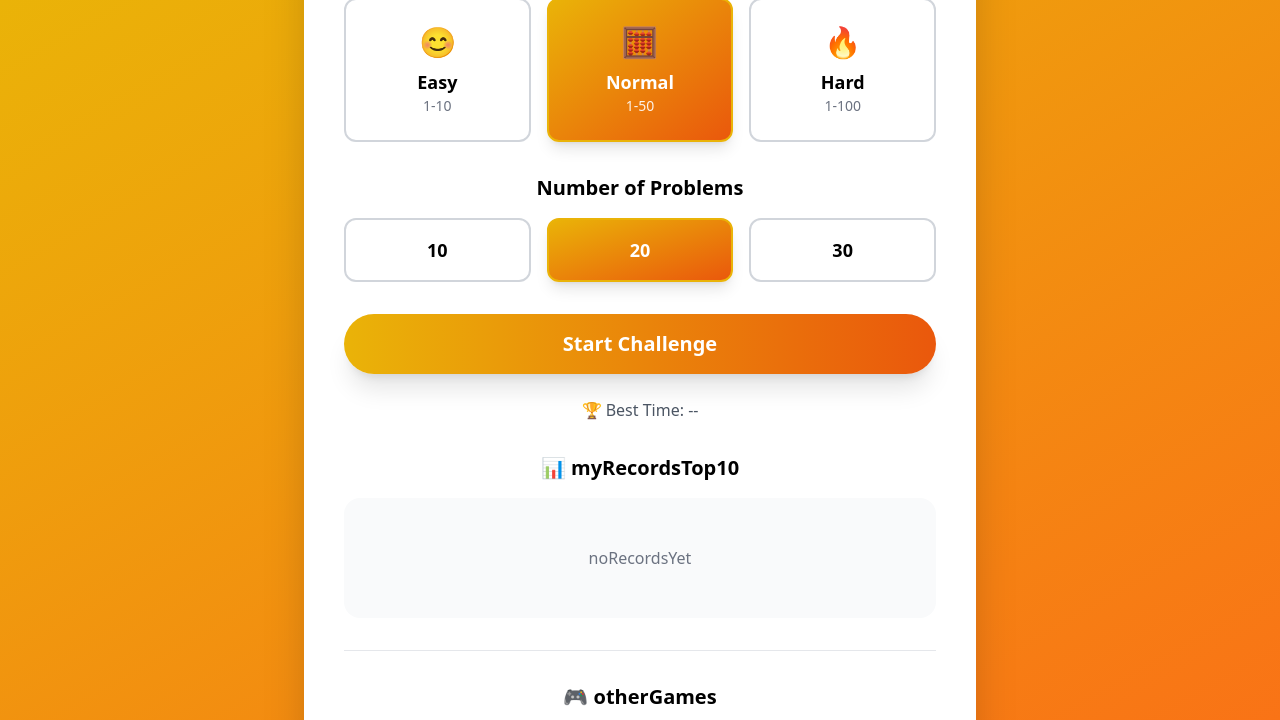
Repository: Lcmind/withjocoding
Page: math-challenge.html
The author's editor kept a copy of each file at every save. The page is drawn from the files as they stood at one save, then again after the next save.
The browser window is 1280 px wide. The pictures show the whole page.
An inner scrolling area shows only its first screen. Some web libraries are served in a nearby version.

Above is the page before, as saved 2026-01-13 21:11:42.

After the next save:
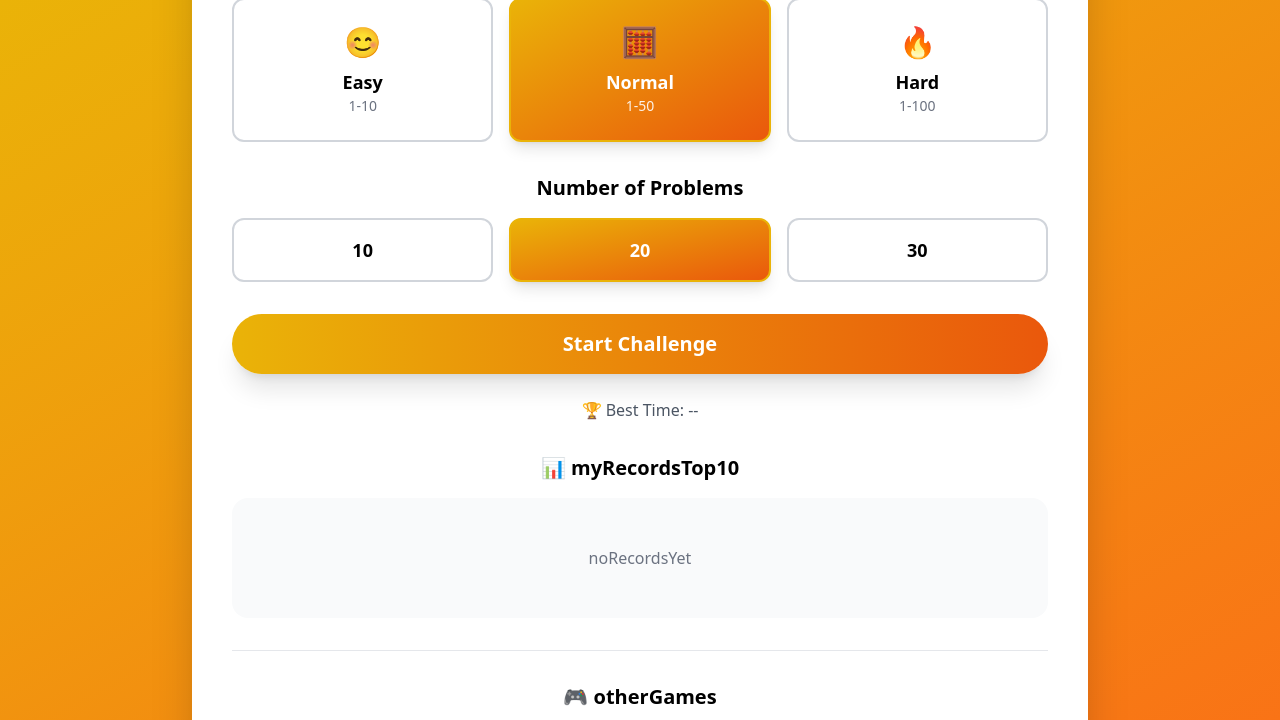
Saved 2 min 17 s later.
--- a/math-challenge.html
+++ b/math-challenge.html
@@ -79,7 +79,7 @@
       </div>
 
       <!-- 메인 카드 -->
-      <div class="max-w-2xl w-full bg-white rounded-3xl shadow-2xl p-6 md:p-10 mx-auto">
+      <div class="bg-white rounded-3xl shadow-2xl p-6 md:p-10">
         <h1 class="text-4xl md:text-6xl font-bold text-center text-yellow-600 mb-4">
           🧮 <span data-i18n="title">Math Challenge</span>
         </h1>
